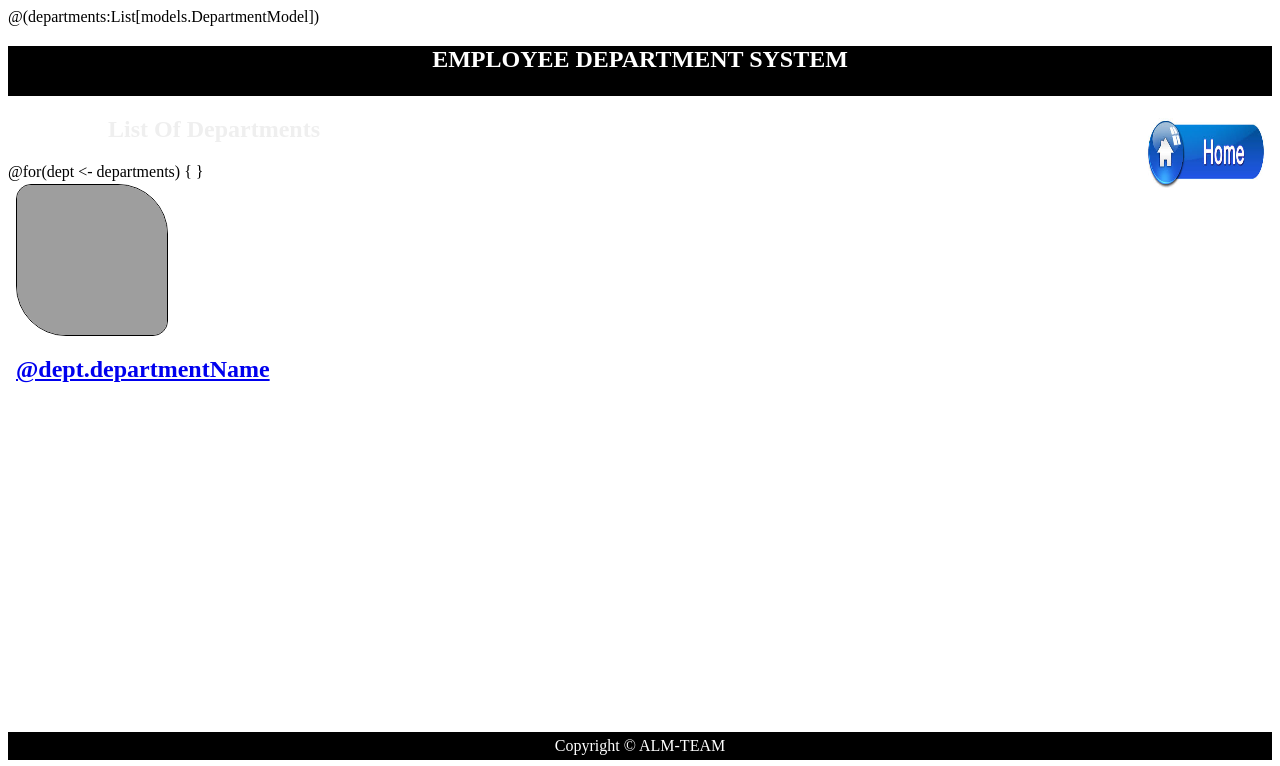
Repository: sumitkum200690/PLAY_SLICK
Page: Play_DB/app/views/allDepartmentPage.scala.html
These files come from the project's save history. The page is drawn as it stood at one moment and after the next save; the edit follows.
The browser window is 1280 px wide. The pictures show the whole page.
Pictures or frames that could not be fetched are drawn as grey boxes.

Above is the page before, as saved 2015-09-28 10:59:30.

### Play_DB/app/views/allDepartmentPage.scala.html
@(departments:List[models.DepartmentModel])

<head>
<style>

#maindiv{
	height:100%;
	width:100%;

}

#header{
	height:7%;
	width:100%;
	background-color:black;
	color:white;
	text-align:center;


}


#d3{
	height:93%;
	width:100%;
	float:left;
}

#content{
	height:95%;
	width:100%;

}

#list{
	height:100%;
	width:90%;
	float:left;
	background-color:white;
}

#home{
	height:100%;
	width:10%;
	float:left;
	background-color:white;

}

#footer{
	height:5%;
	width:100%;
	background-color:black;
	color:white;
}

#header2 {
    background-color:black;
    color:white;
    text-align:center;
    padding:5px;
}

#section {
    width:100%;
    float:left;
    padding:10px;
     height: 100%;
     background-color:blue;
}

#section2 {
    width:100%;
    float:left;
    padding:10px;
     height: 100%;
}

#footer2 {
    background-color:black;
    color:white;
    clear:both;
    text-align:center;
   padding:5px;

   margin-bottom: 1px;
}




</style>


</head>








<body style="height: 100%; background-color:white" >

<div id="maindiv">

	<div id="header">

	<h2>EMPLOYEE DEPARTMENT SYSTEM</h2>
	</div>

	<div id="d3">

	<div id="content">

			<div id="list">
				<h2 style="margin-left:100px; color: buttonshadow; ">List Of Departments</h2>
				<table style="margin-left:5px ">
  <tr>
 					 @for(dept <- departments) {



    				<td colspan="5">
    					<table>
    						<tr>
    							<img src="/assets/images/@dept.departmentName@(".png")" alt="alt text" height="150" width="150" border="1" style="border-radius: 15px 50px;"/>
    						</tr>
    						<tr>
    						<a href="/DepartmentWiseManager/@dept.departmentName/@dept.id"><h2>@dept.departmentName</h2></a>
    						</tr>
    						</table>
    				</td>




   						}
   						</tr>
  </table>

			</div>

			<div id="home" style="float:left;"><a href="/"><h1><I><U><b><img src="/assets/images/home.jpg" alt="HOME" height="70" width="120"  /></b></U></I></h1></a></div>

		</div>

		<div id="footer2">
		Copyright © ALM-TEAM
		</div>

	</div>

</div>

After the next save:
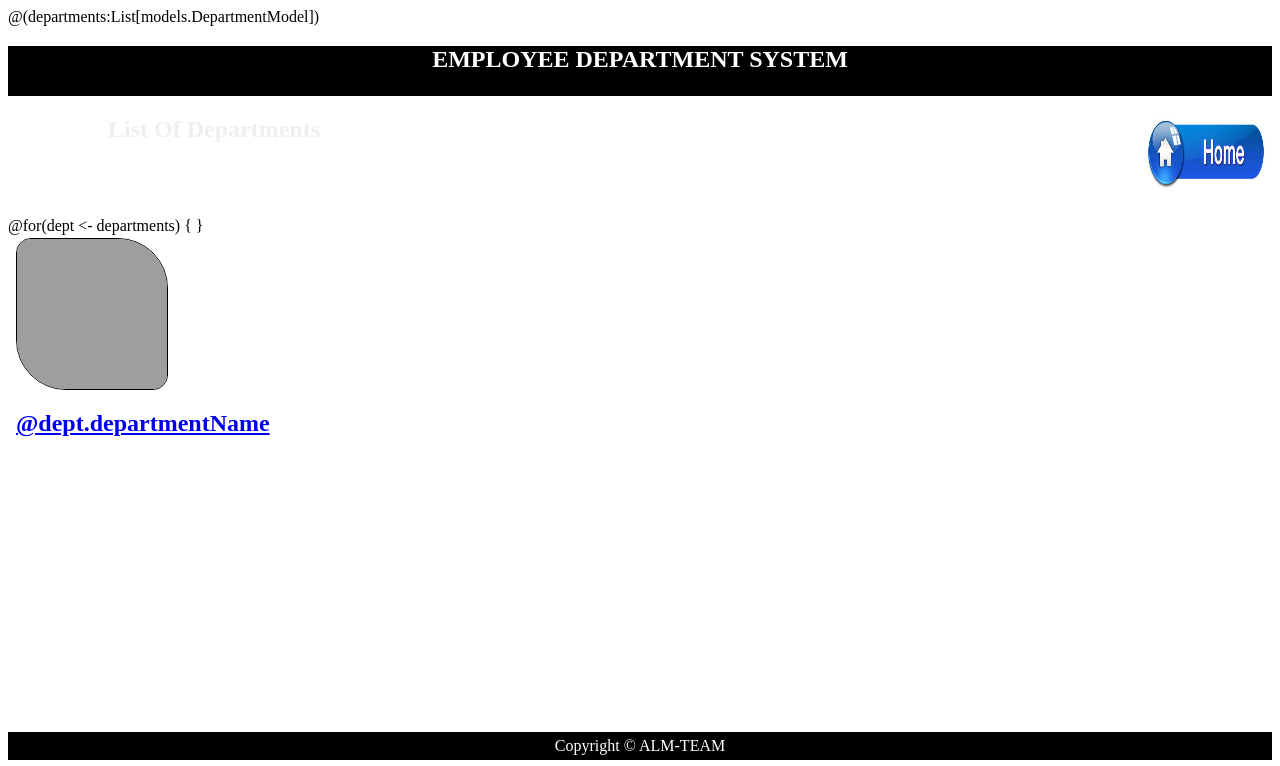
Saved 50 s later.
--- a/Play_DB/app/views/allDepartmentPage.scala.html
+++ b/Play_DB/app/views/allDepartmentPage.scala.html
@@ -115,7 +115,7 @@
 	<div id="content">
 
 			<div id="list">
-				<h2 style="margin-left:100px; color: buttonshadow; ">List Of Departments</h2>
+				<h2 style="margin-left:100px; color: buttonshadow; ">List Of Departments</h2><br/><br/><br/>
 				<table style="margin-left:5px ">
   <tr>
  					 @for(dept <- departments) {
